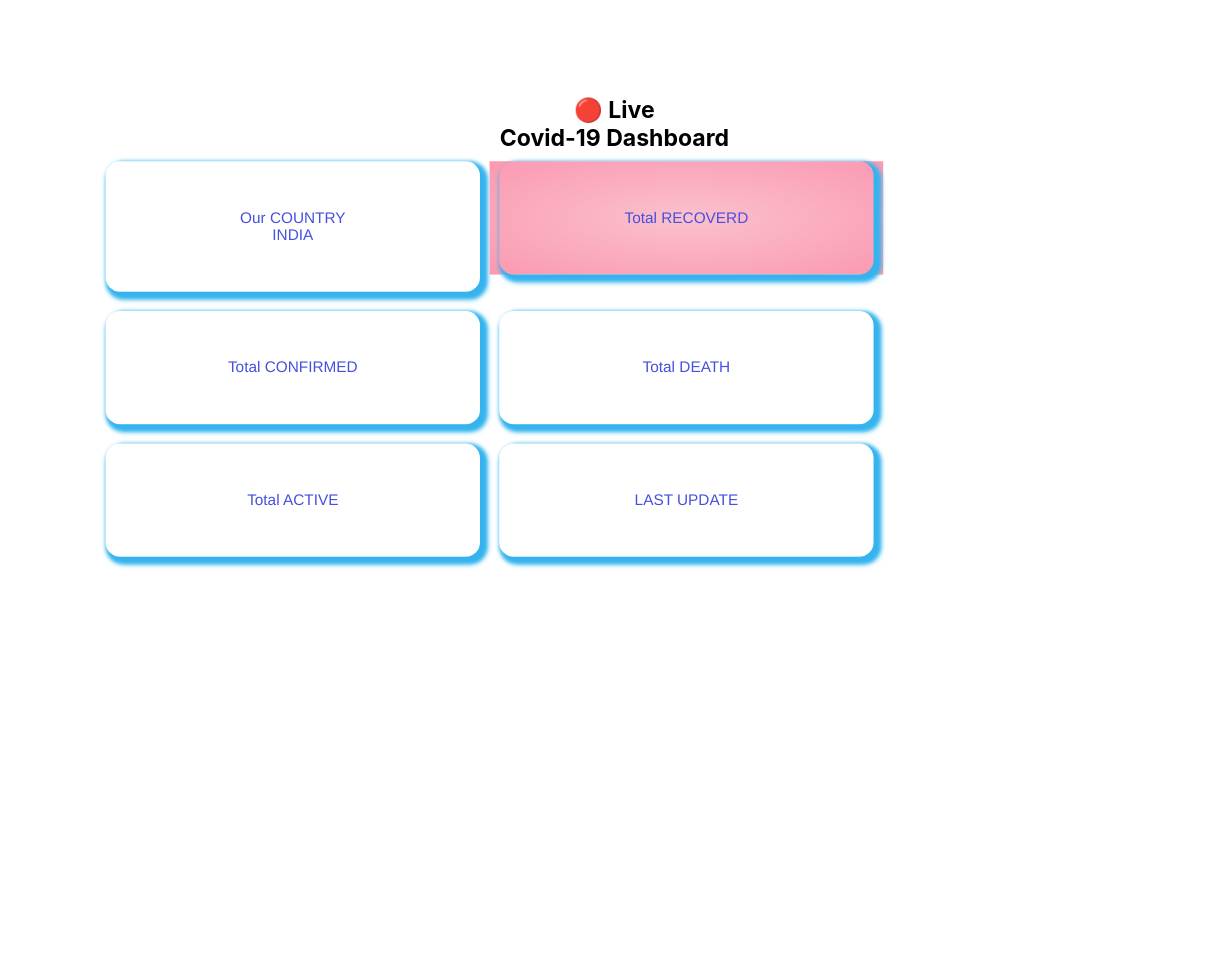
Repository: Aniketlamage/covid19-dashboard
Page: /
An editor plug-in stored every save of this project. The page is shown before and after the next save, followed by the edit.
The browser window is 1280 px wide. The pictures show the whole page, at 96% of full size.
The page's requests for data from a server got no answer. The project was rebuilt for these pictures with package versions that can differ from the ones it lists, and the page was loaded fresh each time. No one was signed in, and anything a server would have sent is missing.

Above is the page before, as saved 2021-09-30 20:52:43.

After the next save:
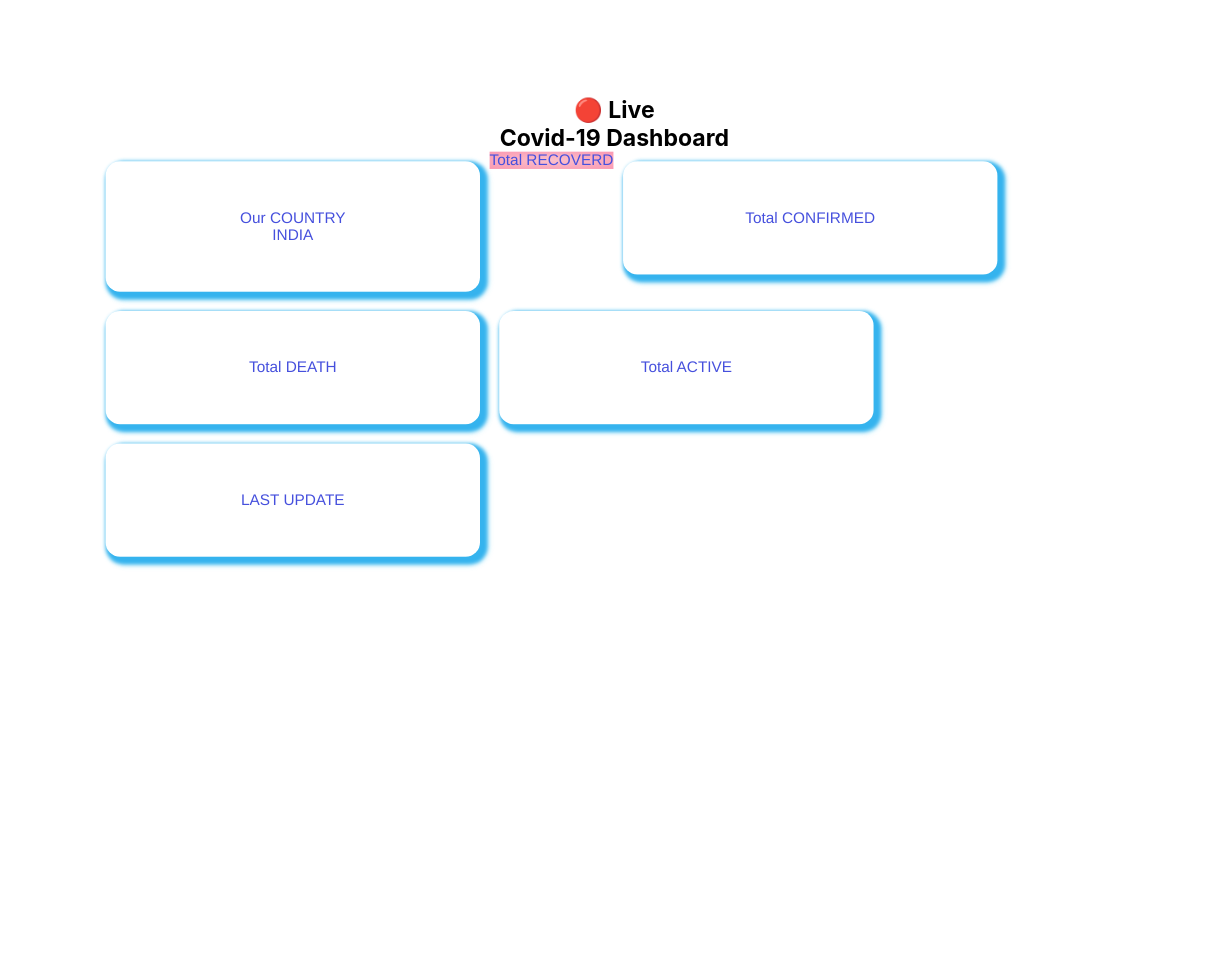
Saved 37 s later.
--- a/src/components/covid.css
+++ b/src/components/covid.css
@@ -29,7 +29,7 @@ ul{
     display: flex;
     flex-wrap: wrap;
 }
-div.card__inner{
+div.card__main{
     /*background-color: white;*/
 
     border-radius: 15px;
